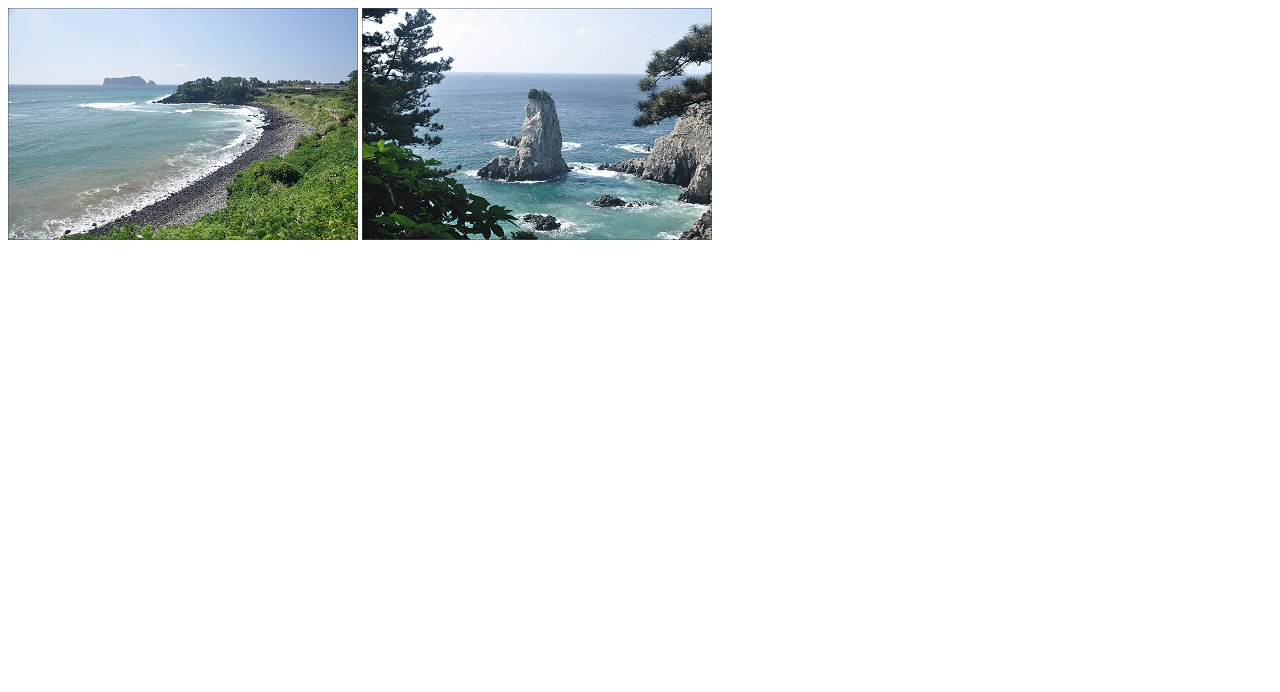
Repository: angelSuho/KCC_Learning_Repo
Page: Html/WebContent/1번폴더/image2.html
An editor plug-in stored every save of this project. The page is shown before and after the next save, followed by the edit.
The browser window is 1280 px wide. The pictures show the whole page.

Above is the page before, as saved 2024-07-08 03:16:13.

### Html/WebContent/1번폴더/image2.html
<!DOCTYPE html>
<html>
<head>
<meta charset="UTF-8">
<title>Insert title here</title>
</head>
<body>
	<img src="../images/road1.jpg" alt=""/>
	<img src="/Html/images/road2.jpg" alt=""/>
</body>
</html>

After the next save:
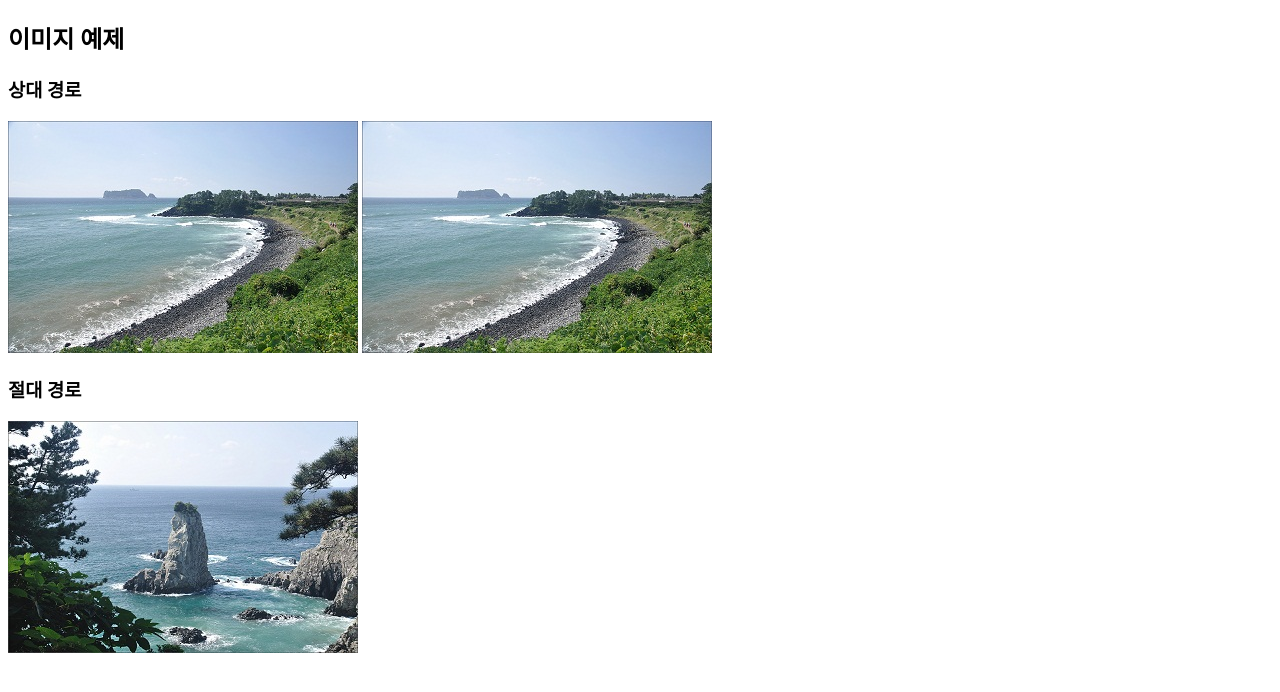
Saved 66 s later.
--- a/Html/WebContent/1번폴더/image2.html
+++ b/Html/WebContent/1번폴더/image2.html
@@ -5,7 +5,11 @@
 <title>Insert title here</title>
 </head>
 <body>
+	<h2>이미지 예제</h2>
+	<h3>상대 경로</h3>
+	<img src="images/road1.jpg" alt=""/>
 	<img src="../images/road1.jpg" alt=""/>
+	<h3>절대 경로</h3>
 	<img src="/Html/images/road2.jpg" alt=""/>
 </body>
 </html>
